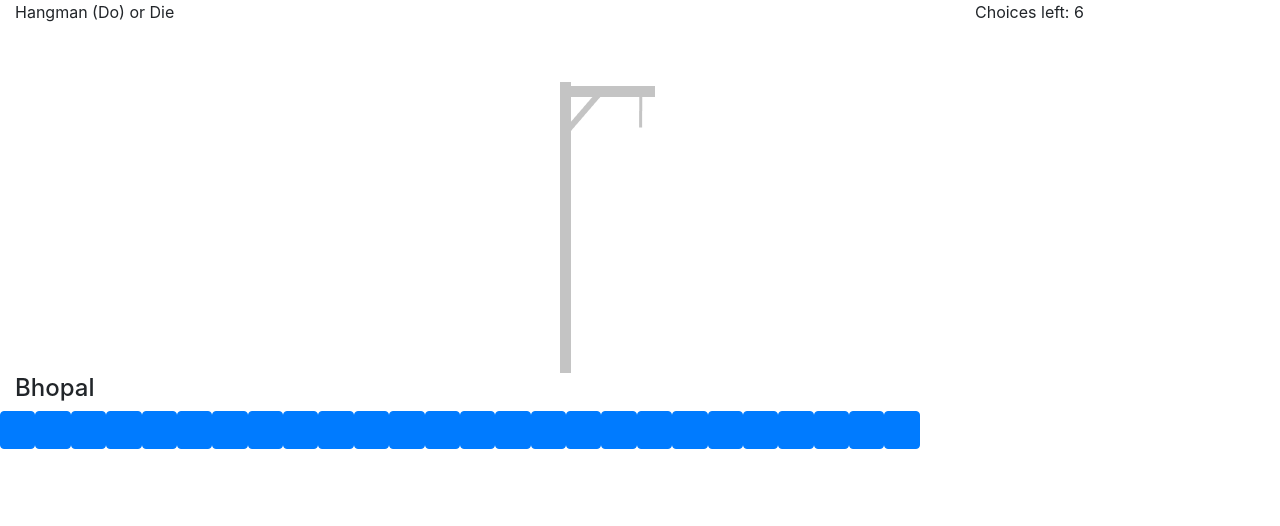
Repository: jatinhchanchlani/hangman
Page: /
These files come from the project's save history. The page is drawn as it stood at one moment and after the next save; the edit follows.
The browser window is 1280 px wide. The pictures show the whole page.
The project was rebuilt for these pictures with package versions that can differ from the ones it lists, and the page was loaded fresh each time. Also part of the build but not shown: src/App.css.

Above is the page before, as saved 2020-10-04 22:31:29.

### src/index.js
import React from 'react';
import ReactDOM from 'react-dom';
import './index.css';
import App from './App';
import * as serviceWorker from './serviceWorker';
import 'bootstrap/dist/css/bootstrap.css';

ReactDOM.render( <
  React.StrictMode >
  <
  App / >
  <
  /React.StrictMode>,
  document.getElementById('root')
);

// If you want your app to work offline and load faster, you can change
// unregister() to register() below. Note this comes with some pitfalls.
// Learn more about service workers: https://bit.ly/CRA-PWA
serviceWorker.unregister();

### src/App.js
import React from 'react';
import './App.css';
import Game from './components/game';

function App() {
  return ( <
    Game / >
  );
}

export default App;

### src/components/game.jsx
import React, { Component } from "react";
import Image from "./image";
import Header from "./header";
import Letters from "./letters";
import { getRandomCity } from "../model/cities";

const MAX_CHOICES = 6;

class Game extends Component {
  state = { choicesLeft: MAX_CHOICES };
  render() {
    return (
      <div className="container-fluid">
        <Header choicesLeft={this.state.choicesLeft} />
        <Image />

        <h4>{getRandomCity()}</h4>
        <Letters />
      </div>
    );
  }
}

export default Game;

### src/components/image.jsx
import React, { Component } from "react";

class Image extends Component {
  render() {
    return (
      <div className="row">
        <div className="col col-sm-5"></div>
        <img
          className="card-image image-fluid"
          src={require("../images/0.jpg")}
          alt="test"
          onClick={() => this.props.onClick(this.props.card)}
        />
      </div>
    );
  }
}

export default Image;

### src/components/header.jsx
import React, { Component } from "react";

class Header extends Component {
  render() {
    return (
      <div className="row">
        <div className="col cols-sm-4">Hangman (Do) or Die</div>
        <div className="col col-sm-5"></div>
        <div className="col col-sm-3">
          Choices left: {this.props.choicesLeft}
        </div>
      </div>
    );
  }
}

export default Header;

### src/components/letters.jsx
import React, { Component } from "react";

class Letters extends Component {
  render() {
    return (
      <div className="row">
        {Array(26)
          .fill()
          .map((index) => String.fromCharCode("A".charCodeAt(0) + index))
          .map((char) => (
            <button key={char} className="btn btn-primary">
              {char}
            </button>
          ))}
      </div>
    );
  }
}

export default Letters;

### src/model/cities.js
const MIN = 0;
const MAX = 24;

const cities = {
    0: "Mumbai",
    1: "New Delhi",
    2: "Chennai",
    3: "Hyderabad",
    4: "Bengaluru",
    5: "Ahmedabad",
    6: "Jaipur",
    7: "Kolkata",
    8: "Lucknow",
    9: "Bhopal",
    10: "Chandigarh",
    11: "Patna",
    12: "Jabalpur",
    13: "Pune",
    14: "Surat",
    15: "Indore",
    16: "Kanpur",
    17: "Visakhapatnam",
    18: "Agra",
    19: "Varanasi",
    20: "Amritsar",
    21: "Udaipur",
    22: "Noida",
    23: "Ludhiana",
    24: "Gwalior",
}

// Returns a random number between min and max. Min and max are both inclusive
export function getRandomIntInclusive(min, max) {
    min = Math.ceil(min);
    max = Math.floor(max);
    return Math.floor(Math.random() * (max - min + 1) + min);
}

export function getRandomCity() {
    return cities[getRandomIntInclusive(MIN, MAX)];
}

Loaded but not shown: public/index.html (common file); src/index.css (common file); src/serviceWorker.js (common file)

After the next save:
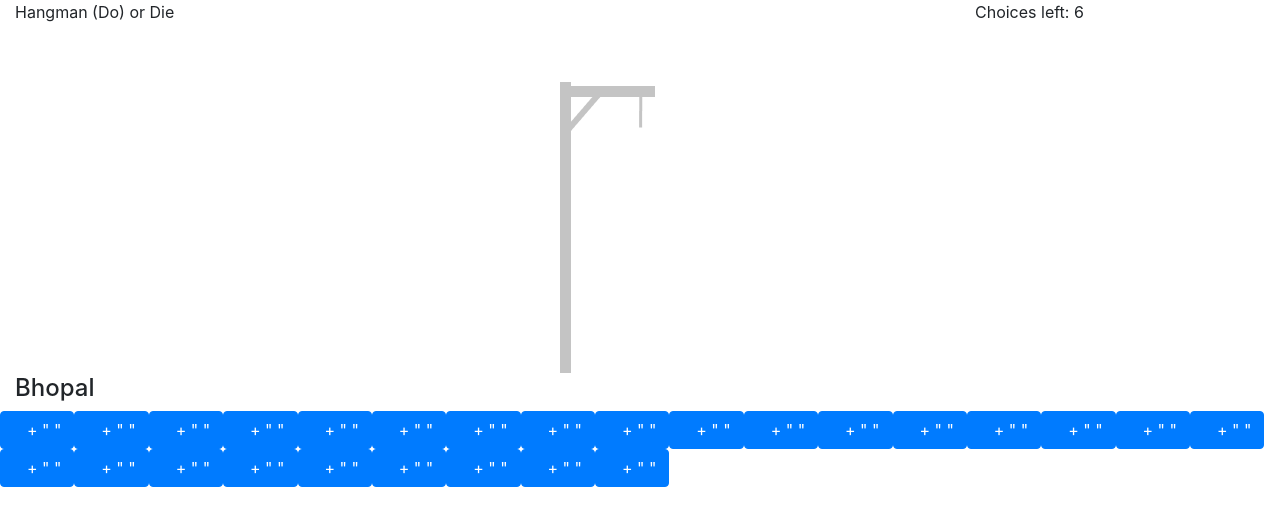
Saved 34 s later.
--- a/src/components/letters.jsx
+++ b/src/components/letters.jsx
@@ -9,7 +9,7 @@ class Letters extends Component {
           .map((index) => String.fromCharCode("A".charCodeAt(0) + index))
           .map((char) => (
             <button key={char} className="btn btn-primary">
-              {char}
+              {char} + " "
             </button>
           ))}
       </div>
